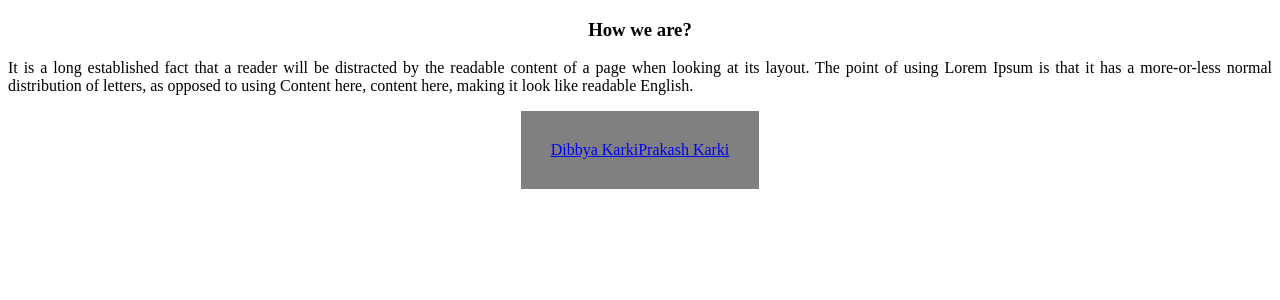
Repository: Dibbya65/Django-Basic
Page: http://localhost/about/
These files come from the project's save history. The page is drawn as it stood at one moment and after the next save; the edit follows.
The browser window is 1280 px wide. The pictures show the whole page.
The page is served by the project's application, run on Django 3.2 (manage.py).

Above is the page before, as saved 2021-11-14 03:13:07.

After the next save:
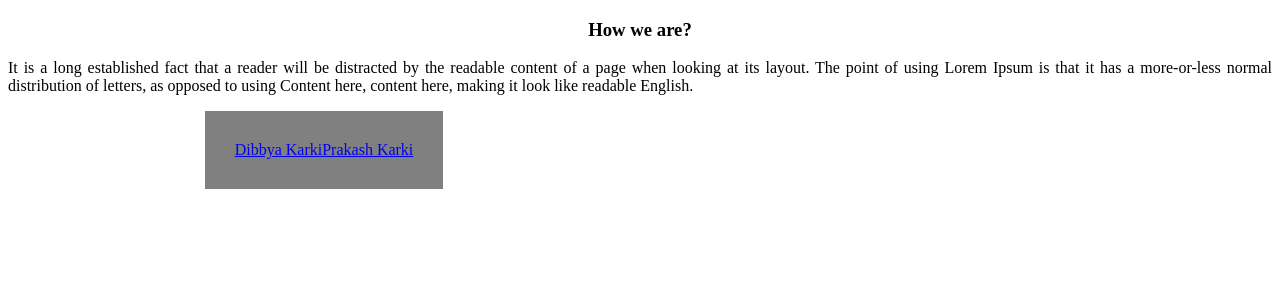
Saved 58 s later.
--- a/base/templates/base/about.html
+++ b/base/templates/base/about.html
@@ -6,7 +6,7 @@
 <h3 style="text-align:center">{{about_page_title}}</h3>
 <p style="text-align:justify">{{about_page_description}}</p>
 {%if teams %}
-<div style="display:flex;justify-content:center;align-items:center;">
+<div style="width:50%;display:flex;justify-content:center;align-items:center;">
 <div style="display:flex;justify-content:space-between;align-items:center;background-color:gray;padding:30px;">
 {%for team in teams %}
     <a href="{% url 'about-detail' team.id %}">{{ team.name}}</a>

After the save that followed:
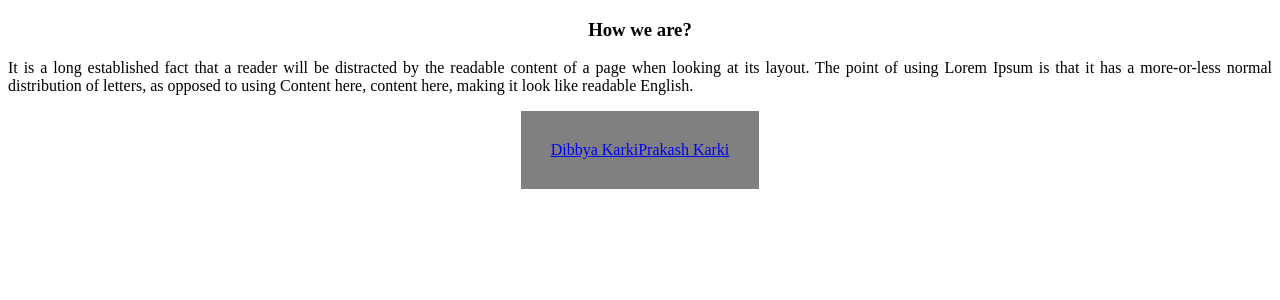
Saved 16 s later.
--- a/base/templates/base/about.html
+++ b/base/templates/base/about.html
@@ -6,8 +6,8 @@
 <h3 style="text-align:center">{{about_page_title}}</h3>
 <p style="text-align:justify">{{about_page_description}}</p>
 {%if teams %}
-<div style="width:50%;display:flex;justify-content:center;align-items:center;">
-<div style="display:flex;justify-content:space-between;align-items:center;background-color:gray;padding:30px;">
+<div style="display:flex;justify-content:center;align-items:center;">
+<div style="width:505;display:flex;justify-content:space-between;align-items:center;background-color:gray;padding:30px;">
 {%for team in teams %}
     <a href="{% url 'about-detail' team.id %}">{{ team.name}}</a>
 {%endfor%}
